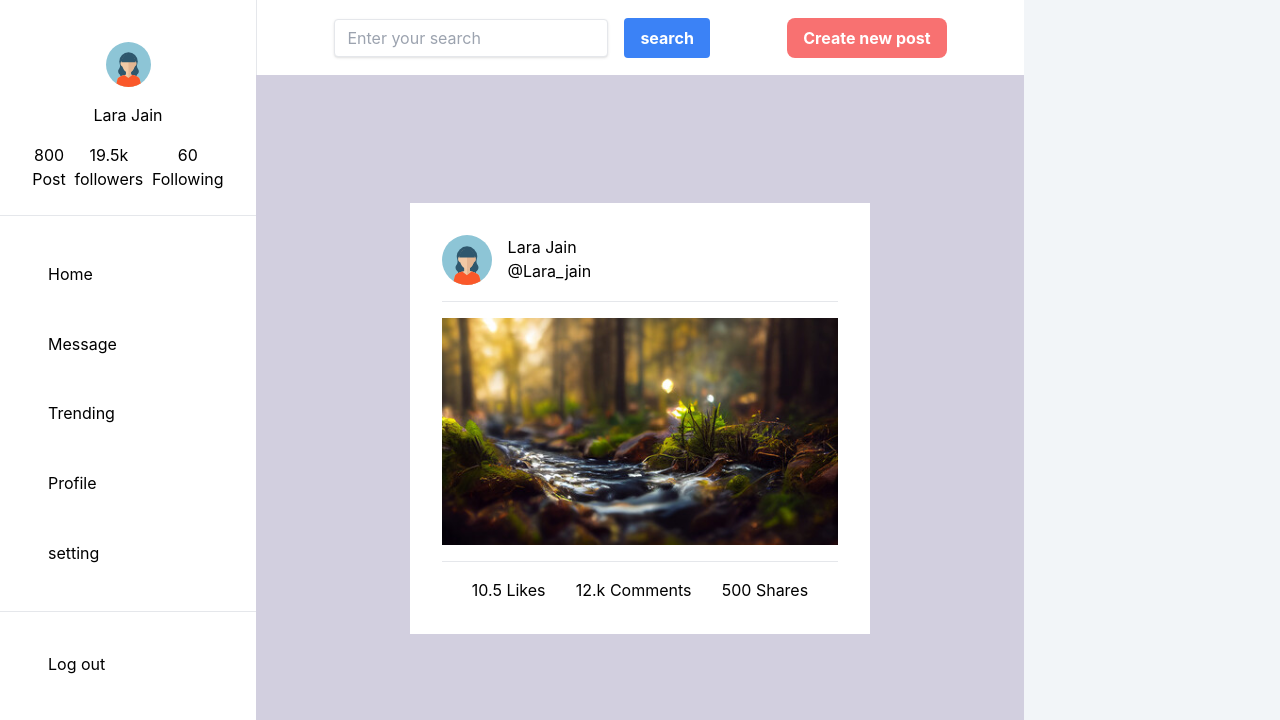
Repository: cosmicswati/upgrad-captions-project
Page: /account/signin
These files come from the project's save history. The page is drawn as it stood at one moment and after a run of saves; the edit follows.
The browser window is 1280 px wide. The pictures show the whole page.
An inner scrolling area shows only its first screen. The project was rebuilt for these pictures with package versions that can differ from the ones it lists, and the page was loaded fresh each time. Also part of the build but not shown: src/modules/Authorization/Form.jsx, src/modules/Authorization/index.js.

Above is the page before, as saved 2024-04-09 17:03:24.

### src/index.css
@tailwind base;
@tailwind components;
@tailwind utilities;

body {
  margin: 0;
  font-family: -apple-system, BlinkMacSystemFont, 'Segoe UI', 'Roboto', 'Oxygen',
    'Ubuntu', 'Cantarell', 'Fira Sans', 'Droid Sans', 'Helvetica Neue',
    sans-serif;
  -webkit-font-smoothing: antialiased;
  -moz-osx-font-smoothing: grayscale;
}

code {
  font-family: source-code-pro, Menlo, Monaco, Consolas, 'Courier New',
    monospace;
}

.scrollbar-hide::-webkit-scrollbar{
  display: none;
}

### src/App.js
import Auth from "./modules/Authorization";
import Home from "./modules/Home";


function App() {
  return (
    <div>
      {/* <Auth />  */}
      <Home />
    </div>
  );
}

export default App;

### src/modules/Home/index.js
import React from 'react'
import { ReactComponent as Avatar} from '../../assets/Avatar.svg'
import Input from '../../components/Input';
import Button from '../../components/Button';
import postImg from '../../assets/postImg.jpg'

const Home = () => {
  return (
    <div className='h-screen bg-[#d2cfdf]  flex overflow-hidden'>
        <div className='w-[20%] bg-white flex flex-col'>
            <div className='h-[30%] flex justify-center items-center border-b'>
                <div className='flex flex-col justify-center items-center'>
                    <Avatar width={'45px'} height={'45px'}/>
                    <p className='my-4'>Lara Jain</p>
                    <div className='h-[30px] flex justify-around w-[200px] text-center'>
                        <div className='flex flex-col justify-around items-center'>
                            <h4>800</h4>
                            <p>Post</p>
                        </div>
                        <div>
                            <h4>19.5k</h4>
                            <p>followers</p>
                        </div>
                        <div>
                            <h4>60</h4>
                            <p>Following</p>
                        </div>
                    </div>
                </div>
            </div>
            <div className='h-[55%] flex flex-col justify-evenly pl-12 border-b'>
                    <div>Home</div>
                    <div>Message</div>
                    <div>Trending</div>
                    <div>Profile</div>
                    <div>setting</div>
            </div>
            <div className='h-[15%] pt-10'>
                <div className='ml-12 cursor-pointer'>Log out</div>
            </div>
        </div>
        <div className='w-[60%] overflow-scroll h-full scrollbar-hide'>
            <div className='bg-white h-[75px] border-l flex justify-evenly items-center pt-4'>
                 <div className='flex justify-center items-center'>
                    <Input placeholder='Enter your search '/>
                    <Button label='search'  className='mb-4 ml-4'/>
                 </div>
                 <Button label='Create new post'  className='rounded-lg bg-red-400 hover:bg-red-500 mb-4'/>
            </div>
            <div className='bg-white w-[60%]  mx-auto mt-32 p-8'>
                <div className='border-b flex item-center pb-4 mb-4'>
                    <Avatar width={'50px'} height={'50px'} />
                   <div className='ml-4'>
                   <h3>Lara Jain</h3>
                    <p>@Lara_jain</p>
                   </div>
                </div>
                <div className='border-b pb-4 mb-4'>
                    <img src={postImg} width={'500px'}/>
                </div>
                <div className='flex justify-evenly mt-4'>
                    <div>10.5 Likes</div>
                    <div>12.k Comments</div>
                    <div>500 Shares</div>
                </div>
            </div>
            <div className='bg-white w-[60%]  mx-auto mt-32 p-8'>
                <div className='border-b flex item-center pb-4 mb-4'>
                    <Avatar width={'50px'} height={'50px'} />
                   <div className='ml-4'>
                   <h3>Lara Jain</h3>
                    <p>@Lara_jain</p>
                   </div>
                </div>
                <div className='border-b pb-4 mb-4'>
                    <img src={postImg} width={'500px'}/>
                </div>
                <div className='flex justify-evenly mt-4'>
                    <div>10.5 Likes</div>
                    <div>12.k Comments</div>
                    <div>500 Shares</div>
                </div>
            </div>
        </div>

        <div className='w-[20%] bg-[#F2F5F8]'></div>
    </div>
  )
}

export default Home

### src/components/Input/index.js
import React from 'react'

const Input = ({
    name = '',
    label ='',
    type ='',
    placeholder =''
}) => {
  return (
    <div class="mb-4">
        {
          label &&
          <label class="block text-gray-700 text-sm font-bold mb-2" for={name}>
             {label}
          </label>
        }

        <input class="shadow apperance-none border rounded w-full py-2 px-3
         text-gray-700 leading-tight focus:outline-none focus:shadow-outline"
         id={name} type={type} placeholder={placeholder} />

    </div>
  )

}

export default Input

### src/components/Button/index.js
import React from 'react'

const Button = ({
    label ='',
    className =''
}) => {
  return (
    <button className={`bg-blue-500 hover:bg-blue-700 text-white font-bold py-2 px-4 rounded ${className}`}>
      {label}
  </button>
  )
}

export default Button

### tailwind.config.js
/** @type {import('tailwindcss').Config} */
module.exports = {
 mode:'jit',
 purge: [
  './public/**/*.html',
  './src/**/*.{js,jsx,ts,tsx,vue}',
 ],
  content: [
    "./src/**/*.{js,jsx,ts,tsx}",
  ],
  theme: {
    extend: {},
  },
  plugins: [],
}

Loaded but not shown: public/index.html (common file); src/index.js (common file); src/reportWebVitals.js (common file)

After the next 2 saves:
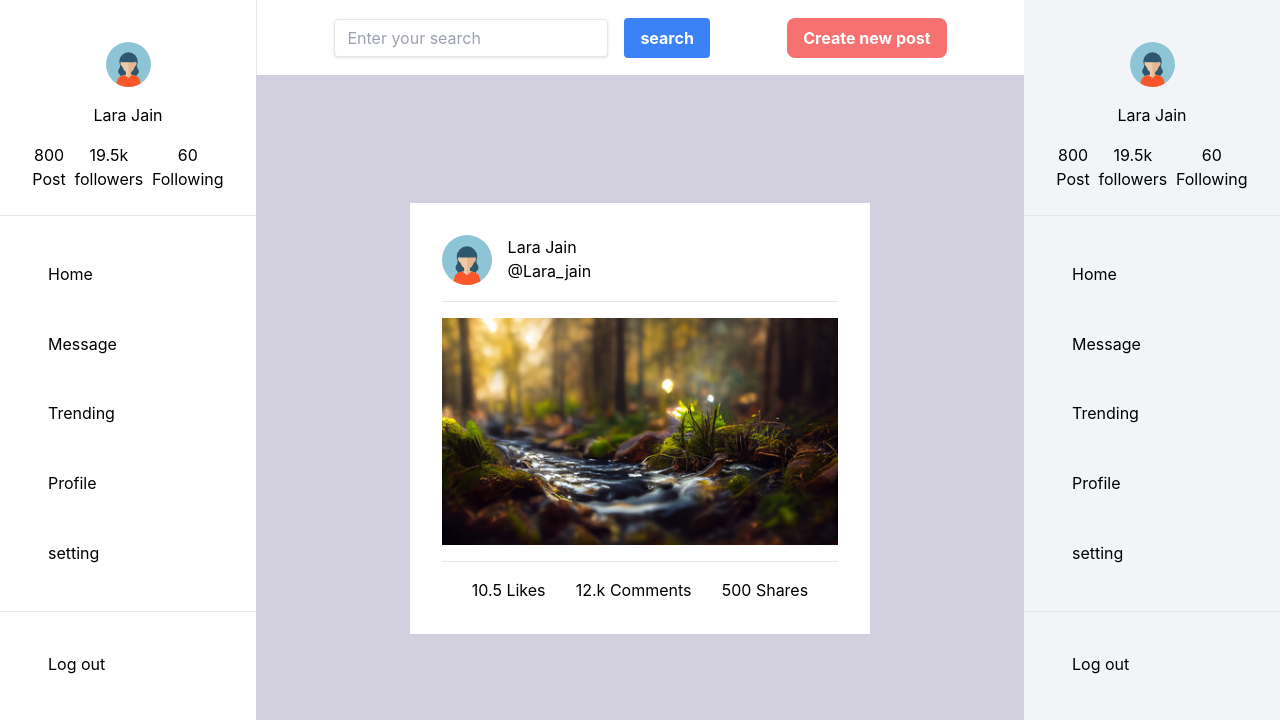
The 2 saves are shown as one change because 1 did not build or start.
The last was saved 17 h 26 min later.
--- a/src/modules/Home/index.js
+++ b/src/modules/Home/index.js
@@ -1,5 +1,5 @@
 import React from 'react'
-import { ReactComponent as Avatar} from '../../assets/Avatar.svg'
+import { ReactComponent as Avatar } from '../../assets/Avatar.svg'
 import Input from '../../components/Input';
 import Button from '../../components/Button';
 import postImg from '../../assets/postImg.jpg'
@@ -83,7 +83,38 @@
             </div>
         </div>
 
-        <div className='w-[20%] bg-[#F2F5F8]'></div>
+        <div className='w-[20%] bg-[#F2F5F8]'>
+            <div className='h-[30%] flex justify-center items-center border-b'>
+                <div className='flex flex-col justify-center items-center'>
+                    <Avatar width={'45px'} height={'45px'}/>
+                    <p className='my-4'>Lara Jain</p>
+                    <div className='h-[30px] flex justify-around w-[200px] text-center'>
+                        <div className='flex flex-col justify-around items-center'>
+                            <h4>800</h4>
+                            <p>Post</p>
+                        </div>
+                        <div>
+                            <h4>19.5k</h4>
+                            <p>followers</p>
+                        </div>
+                        <div>
+                            <h4>60</h4>
+                            <p>Following</p>
+                        </div>
+                    </div>
+                </div>
+            </div>
+            <div className='h-[55%] flex flex-col justify-evenly pl-12 border-b'>
+                    <div>Home</div>
+                    <div>Message</div>
+                    <div>Trending</div>
+                    <div>Profile</div>
+                    <div>setting</div>
+            </div>
+            <div className='h-[15%] pt-10'>
+                <div className='ml-12 cursor-pointer'>Log out</div>
+            </div>
+        </div>
     </div>
   )
 }

After the save that followed:
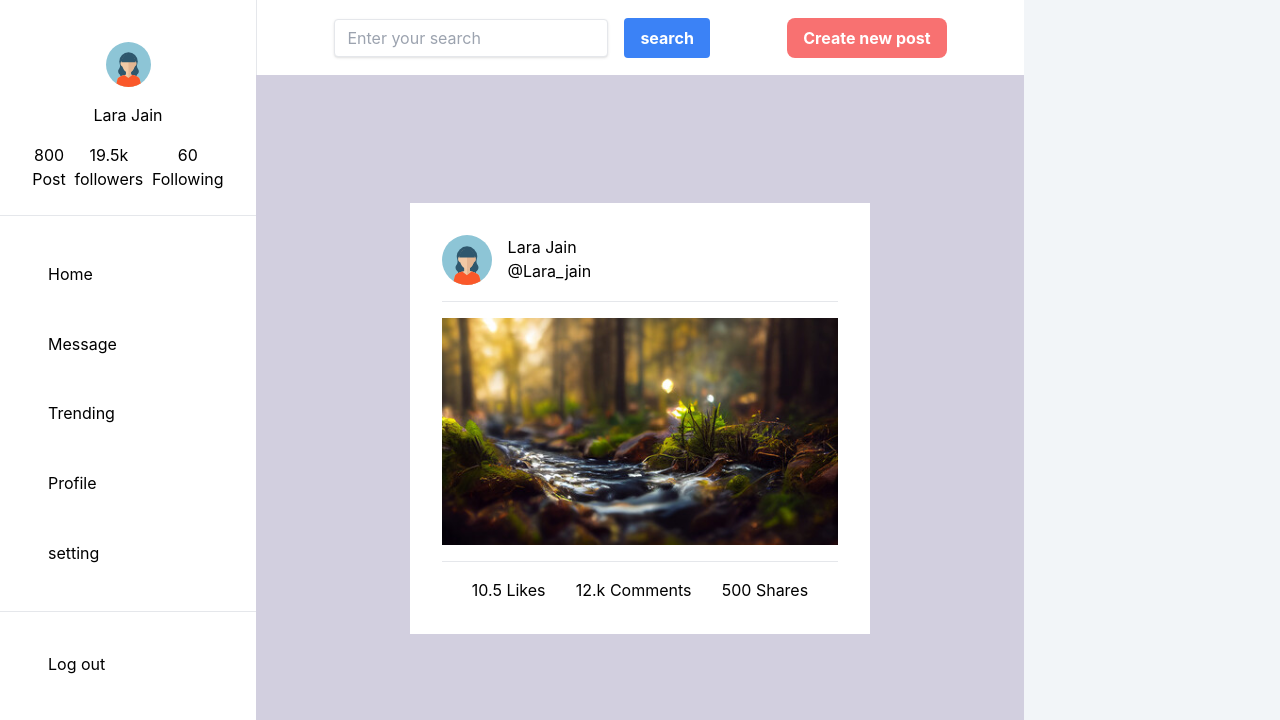
Saved 80 s later.
--- a/src/modules/Home/index.js
+++ b/src/modules/Home/index.js
@@ -1,5 +1,5 @@
 import React from 'react'
-import { ReactComponent as Avatar } from '../../assets/Avatar.svg'
+import { ReactComponent as Avatar} from '../../assets/Avatar.svg'
 import Input from '../../components/Input';
 import Button from '../../components/Button';
 import postImg from '../../assets/postImg.jpg'
@@ -84,37 +84,8 @@
         </div>
 
         <div className='w-[20%] bg-[#F2F5F8]'>
-            <div className='h-[30%] flex justify-center items-center border-b'>
-                <div className='flex flex-col justify-center items-center'>
-                    <Avatar width={'45px'} height={'45px'}/>
-                    <p className='my-4'>Lara Jain</p>
-                    <div className='h-[30px] flex justify-around w-[200px] text-center'>
-                        <div className='flex flex-col justify-around items-center'>
-                            <h4>800</h4>
-                            <p>Post</p>
-                        </div>
-                        <div>
-                            <h4>19.5k</h4>
-                            <p>followers</p>
-                        </div>
-                        <div>
-                            <h4>60</h4>
-                            <p>Following</p>
-                        </div>
-                    </div>
-                </div>
+
             </div>
-            <div className='h-[55%] flex flex-col justify-evenly pl-12 border-b'>
-                    <div>Home</div>
-                    <div>Message</div>
-                    <div>Trending</div>
-                    <div>Profile</div>
-                    <div>setting</div>
-            </div>
-            <div className='h-[15%] pt-10'>
-                <div className='ml-12 cursor-pointer'>Log out</div>
-            </div>
-        </div>
     </div>
   )
 }
